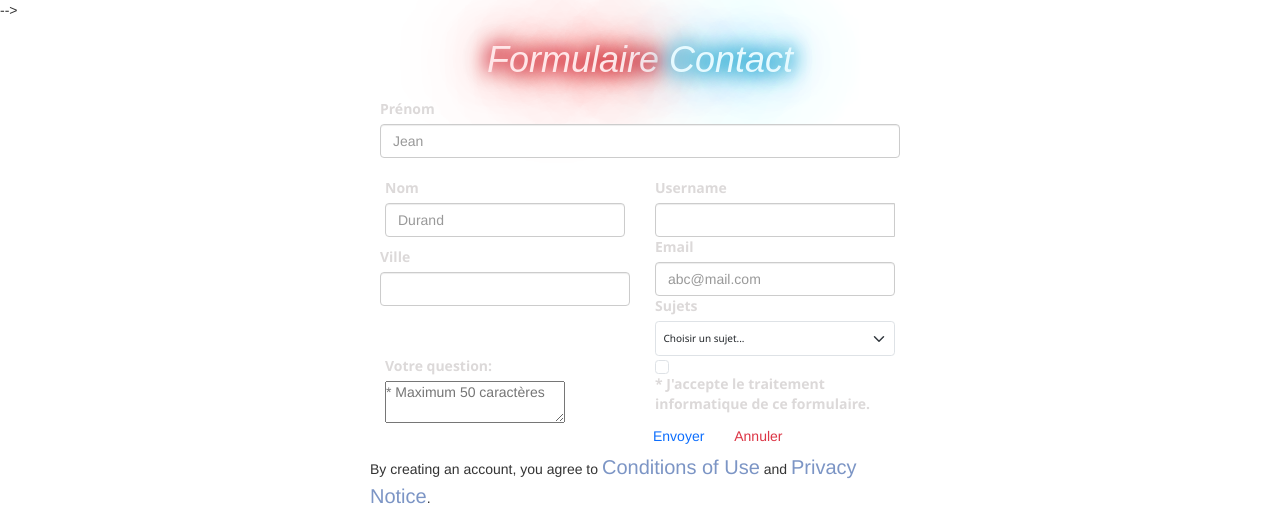
Repository: fab5052/Site
Page: contact.html
The author's editor kept a copy of each file at every save. The page is drawn from the files as they stood at one save, then again after the next save.
The browser window is 1280 px wide. The pictures show the part of the page from y = 646 to 1156 px (the page is 1156 px tall before and 1155 px after).
Backgrounds fixed to the window are drawn as part of the page. Some web libraries are served in a nearby version.

Above is the page before, as saved 2024-03-13 20:08:33.

After the next save:
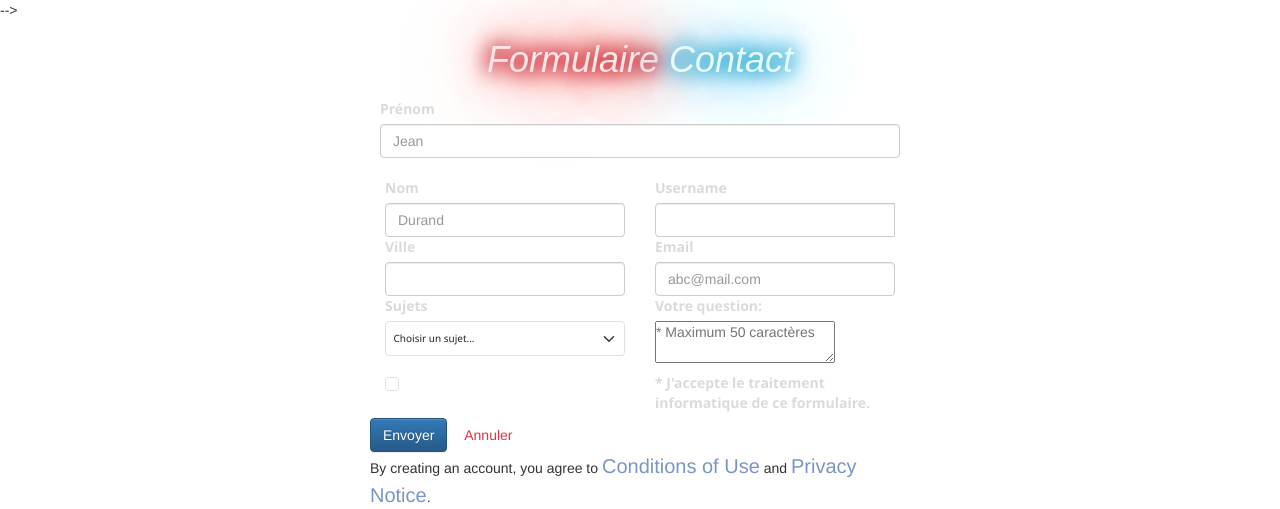
Saved 52 s later.
--- a/contact.html
+++ b/contact.html
@@ -214,7 +214,7 @@
           </div>
           </div>
 
-        <div class="col-md-6 p-3">
+        <div class="col-md-6">
           <label for="validationCustom03" class="form-label">Ville</label>
           <input type="text" class="form-control" id="validationCustom01" required>
           <div class="invalid-feedback">Chosissez un nom de ville correcte.</div>
@@ -266,7 +266,7 @@
 
 
         <div>
-          <button class="btn btn-outline-primary" style="color:primary; " type="submit" value="Envoyer">Envoyer</button>
+          <button class="btn btn-primary" style="color:primary; " type="submit" value="Envoyer">Envoyer</button>
           <button class="btn btn-outline-danger" type="reset" value="Annuler">Annuler</button>
         </div>
 
